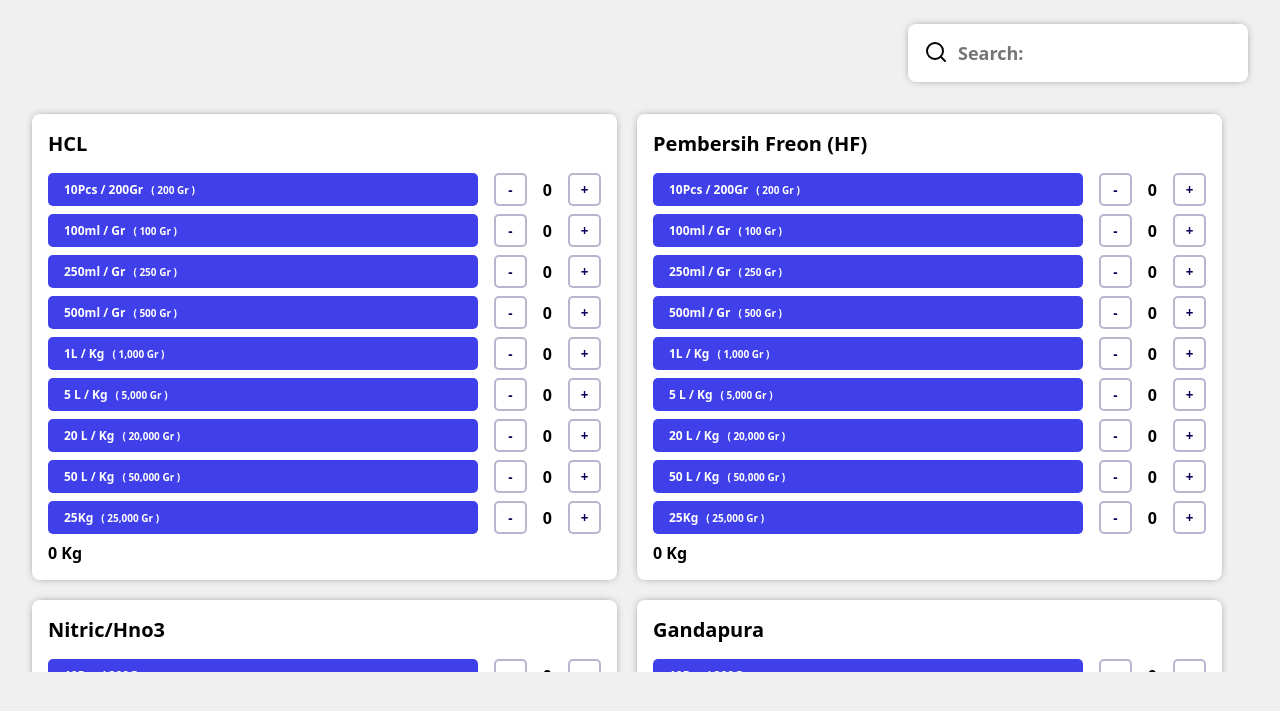
Repository: zuraniumlab-design/upstock-amsk
Page: /
The author's editor kept a copy of each file at every save. The page is drawn from the files as they stood at one save, then again after the next save.
The browser window is 1280 px wide. The pictures show the whole page.
An inner scrolling area shows only its first screen. The project was rebuilt for these pictures with package versions that can differ from the ones it lists, and the page was loaded fresh each time. Also part of the build but not shown: vite.config.js.

Above is the page before, as saved 2026-06-18 18:00:14.

After the next save:
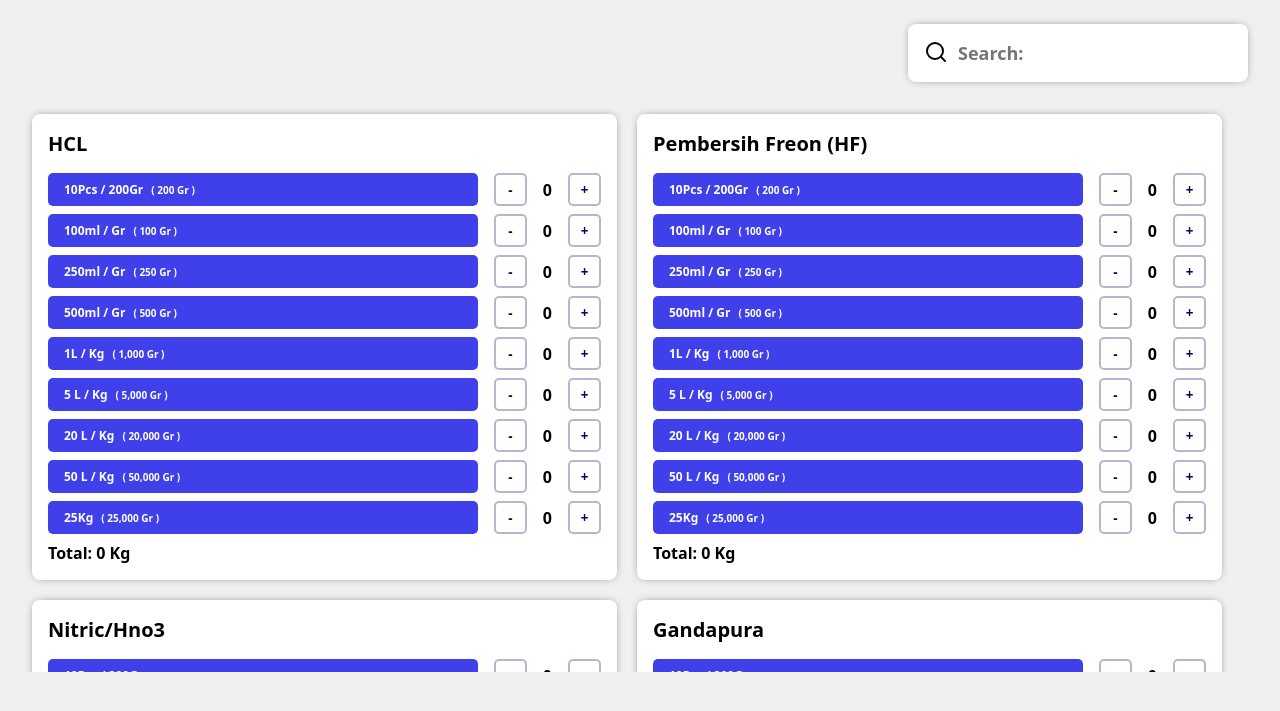
Saved 17 s later.
--- a/src/App.jsx
+++ b/src/App.jsx
@@ -1584,7 +1584,7 @@ function App() {
                   })}
                   <div key={index + "-"} className={styles.weight}>
                     <div className={styles.totalStock}>
-                      {value.reduce((a, b) => a + (b.stock * b.value) / 1000, 0)} Kg
+                      Total: {value.reduce((a, b) => a + (b.stock * b.value) / 1000, 0)} Kg
                     </div>
                   </div>
                 </div>
